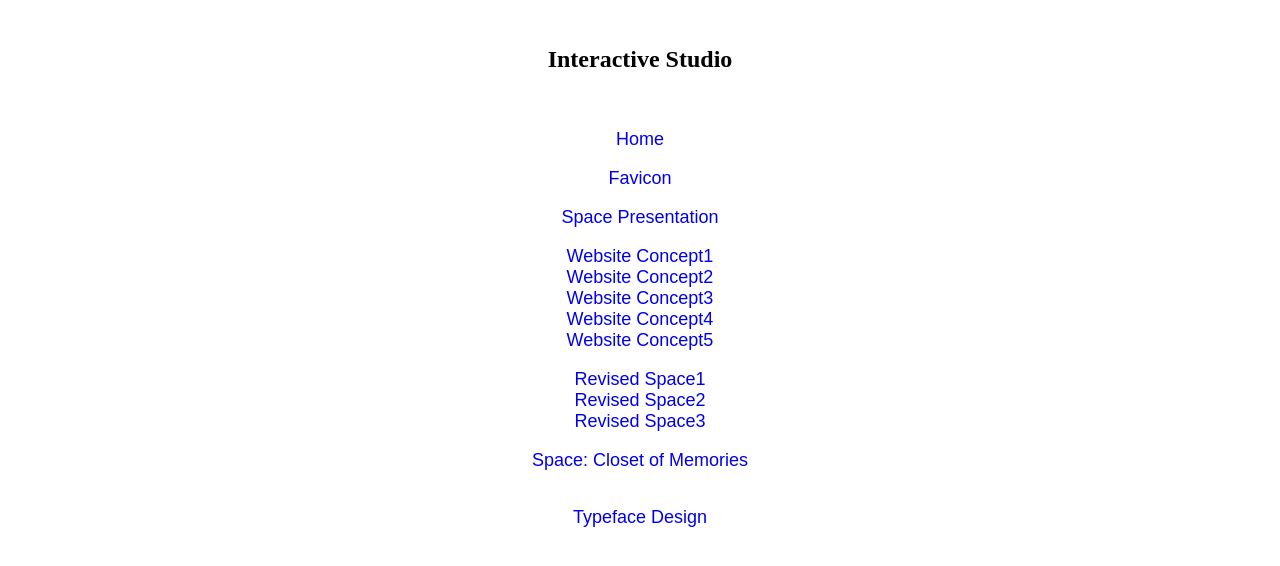
Repository: parkh899/parkh899.github.io
Page: studio/index.html
The author's editor kept a record of every edit. The page is drawn from the files as they stood at one moment, then again after the next edit.
The browser window is 1280 px wide. The pictures show the whole page.

Above is the page before.

### studio/index.html
<html>
    <head>
    <style>
    a:link {
        text-decoration: none;
    	font-family: vrinda, arial, "Times New Roman", Times, serif;
    	font-size: 18px;
    }

    a:visited {
        text-decoration: none;
    }

    a:hover {
        text-decoration: underline;
    }

    a:active {
        text-decoration: underline;
    }
    </style>
    <link rel="icon" href="../favicon.jpg" sizes="16x16 32x32" type="image/jpg">
    </head>

    <body>
        <center>
            <br/>
            <h2>Interactive Studio</h2>
            <br/><br/>

            <a href= "../index.html">Home</a><br/><br/>
            <a href= "favicon.html">Favicon</a><br/><br/>
            <a href= "space/space.pdf">Space Presentation</a><br/><br/>
            <a href= "space/concept1.pdf">Website Concept1</a><br/>
            <a href= "space/concept2.pdf">Website Concept2</a><br/>
            <a href= "space/concept3.pdf">Website Concept3</a><br/>
            <a href= "space/concept4.pdf">Website Concept4</a><br/>
            <a href= "space/concept5.pdf">Website Concept5</a><br/><br/>
            <a href= "space/concept1rev.pdf">Revised Space1</a><br/>
            <a href= "space/concept2rev.pdf">Revised Space2</a><br/>
            <a href= "space/concept3rev.pdf">Revised Space3</a><br/><br/>
            <a href= "space/caart.html">Space: Closet of Memories</a><br/><br/><br/>
            <a href= "typeface/typeface.pdf">Typeface Design</a>
        </center>
    </body>
</html>

After the next edit:
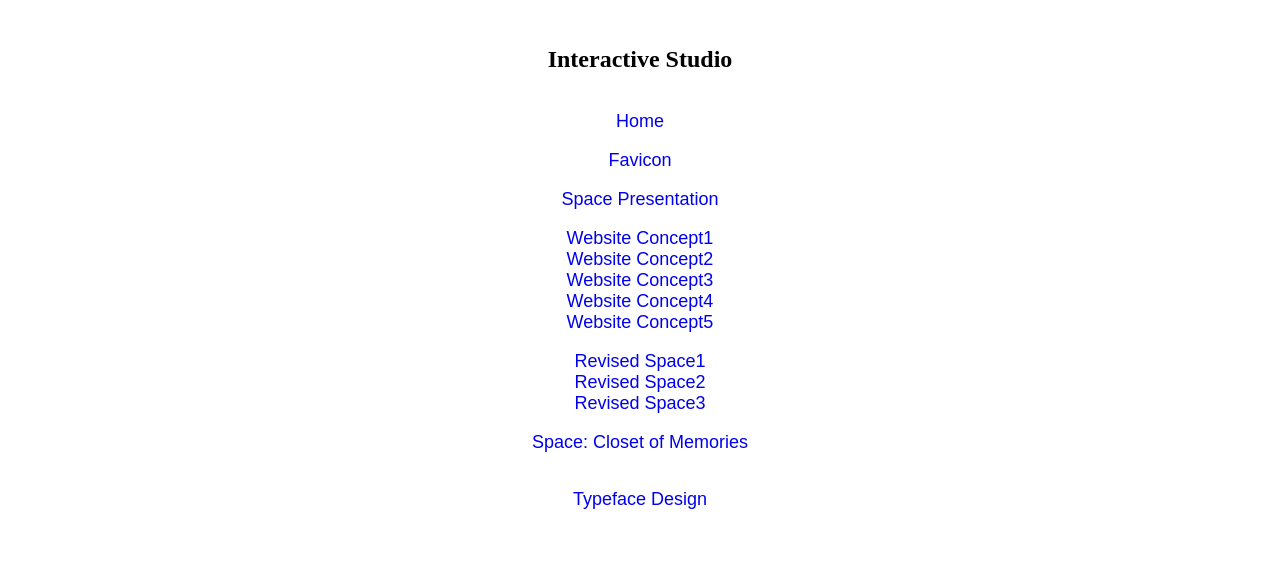
The edit:
--- a/studio/index.html
+++ b/studio/index.html
@@ -26,7 +26,7 @@
         <center>
             <br/>
             <h2>Interactive Studio</h2>
-            <br/><br/>
+            <br/>
 
             <a href= "../index.html">Home</a><br/><br/>
             <a href= "favicon.html">Favicon</a><br/><br/>
